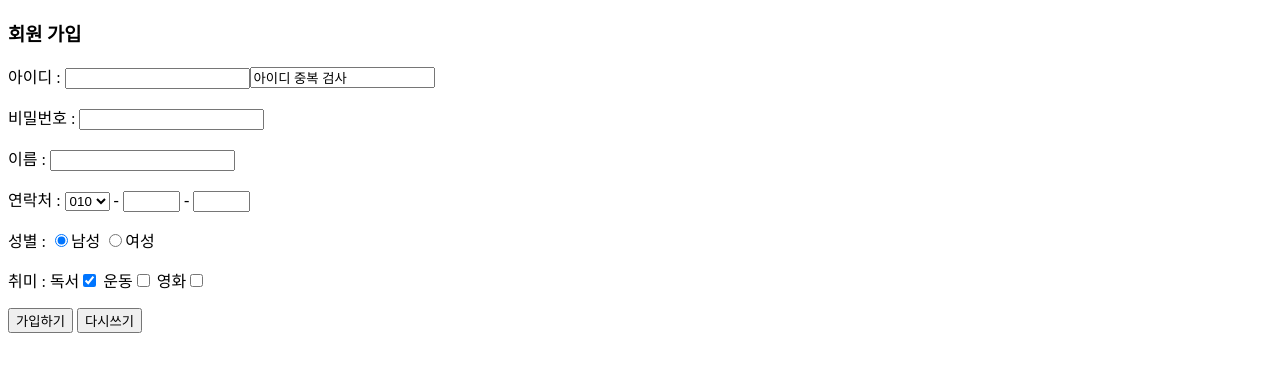
Repository: sanghyunlee7680/JSP-practice
Page: http://localhost/jspbook/chapter6/Exam6_2.jsp
The author's editor kept a copy of each file at every save. The page is drawn from the files as they stood at one save, then again after the next save.
The browser window is 1280 px wide. The pictures show the whole page.
The page is served by Tomcat 10. Other server files are loaded and not shown.

Above is the page before, as saved 2024-10-14 08:07:34.

### jspbook/src/main/webapp/chapter6/Exam6_2.jsp
<%@ page language="java" contentType="text/html; charset=UTF-8"
    pageEncoding="UTF-8"%>
<!DOCTYPE html>
<html>
<head>
<meta charset="UTF-8">
<title>Insert title here</title>
</head>
<body>
	<h3>회원 가입</h3>
	<form action="6_2" method="post">
		<p> 아이디 : <input type="text" name="id"><input type="botton" value="아이디 중복 검사">
		<p> 비밀번호 : <input type="password" name="passwd">
		<p> 이름 : <input type="text" name="name">
		<p> 연락처 : <select name="phone1">
					<option value="010">010</option>
					<option value="011">011</option>
					<option value="016">016</option>
					<option value="017">017</option>
					<option value="019">019</option>
				   </select>
					-
					<input type="text" maxlength="4" size="4" name="phone2">
					-
					<input type="text" mexlength="4" size="4" name="phone3">
		<p> 성별 : <input type="radio" name="sex" value="남성" checked>남성
				<input type="radio" name="sex" value="여성">여성
		<p> 취미 : 독서<input type="checkbox" name="hobby" value="독서" checked>
				운동<input type="checkbox" name="hobby" value="운동">
				영화<input type="checkbox" name="hobby" value="영화">
		<p><input type="submit" value="가입하기">
			<input type="reset" value="다시쓰기">
	</form>
</body>
</html>

After the next save:
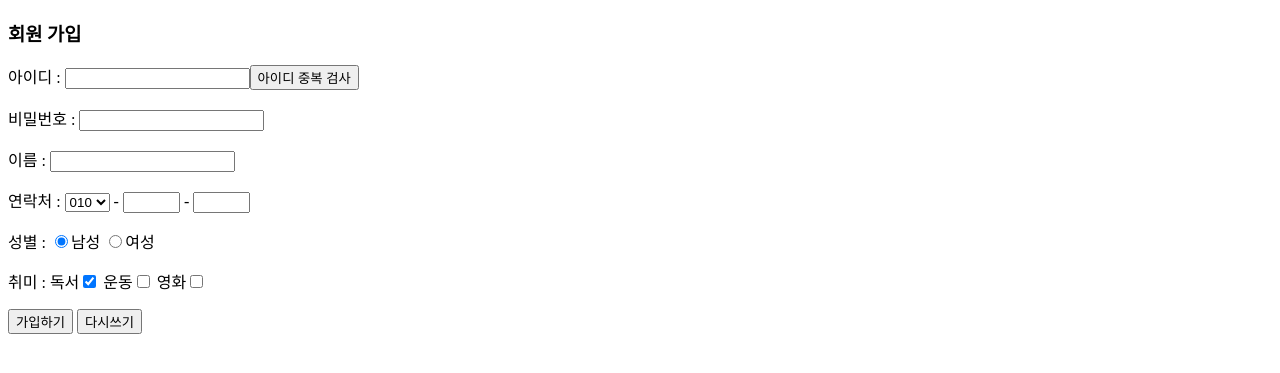
Saved 53 s later.
--- a/jspbook/src/main/webapp/chapter6/Exam6_2.jsp
+++ b/jspbook/src/main/webapp/chapter6/Exam6_2.jsp
@@ -9,7 +9,7 @@
 <body>
 	<h3>회원 가입</h3>
 	<form action="6_2" method="post">
-		<p> 아이디 : <input type="text" name="id"><input type="botton" value="아이디 중복 검사">
+		<p> 아이디 : <input type="text" name="id"><input type="button" value="아이디 중복 검사">
 		<p> 비밀번호 : <input type="password" name="passwd">
 		<p> 이름 : <input type="text" name="name">
 		<p> 연락처 : <select name="phone1">
